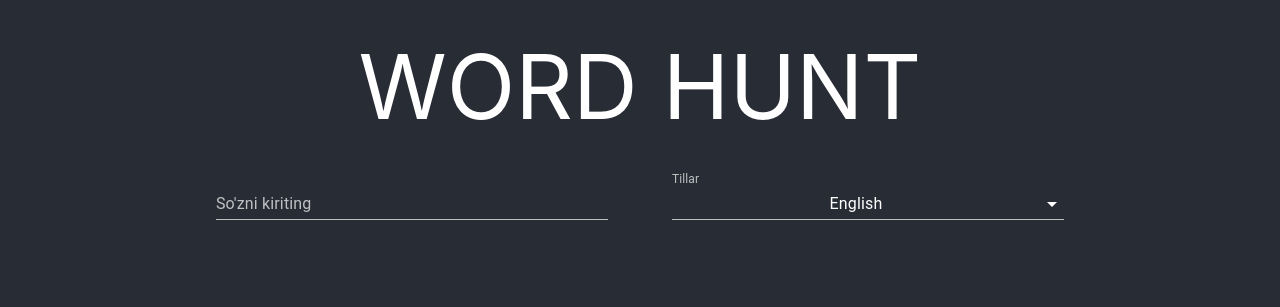
Repository: om1ars/react-translator
Page: /
The author's editor kept a copy of each file at every save. The page is drawn from the files as they stood at one save, then again after a run of saves.
The browser window is 1280 px wide. The pictures show the whole page.
The page's requests for data from a server got no answer. The project was rebuilt for these pictures with package versions that can differ from the ones it lists, and the page was loaded fresh each time. No one was signed in, and anything a server would have sent is missing. Also part of the build but not shown: src/components/Definitions.css.

Above is the page before, as saved 2021-10-07 15:23:49.

### src/App.js
import "./App.css";
import { useEffect, useState } from "react";
import axios from "axios";
import { Container } from "@material-ui/core";
import { Header } from "./components/Header/Header";
import { Definitions } from "./components/Definitions";

function App() {
  const [word, setword] = useState("");
  const [meanings, setmeanings] = useState([]);
  const [category, setcategory] = useState("en");
  const dictionaryApi = async () => {
    try {
      const data = await axios.get(
        `https://api.dictionaryapi.dev/api/v2/entries/${category}/${word}`
      );

      // console.log(data);
      setmeanings(data.data);
    } catch (error) {
      console.log(error);
    }
  };

  console.log(meanings);
  useEffect(() => {
    dictionaryApi();
  }, [word, category]);

  return (
    <div
      className="App"
      style={{ height: "100vh", backgroundColor: "#282c34", color: "white" }}
    >
      <Container
        maxWidth="md"
        style={{ display: "flex", flexDirection: "column", height: "100vh" }}
      >
        <Header
          category={category}
          setcategory={setcategory}
          word={word}
          setword={setword}
        />
        {meanings && (
          <Definitions word={word} meanings={meanings} category={category} />
        )}
      </Container>
    </div>
  );
}

export default App;

### src/components/Header/Header.js
import {
  createMuiTheme,
  MenuItem,
  MuiThemeProvider,
  TextField,
} from "@material-ui/core";
import React from "react";
import "./Header.css";
import { ThemeProvider } from "@material-ui/styles";
import categoris from "../data/Category";

export const Header = ({ category, setcategory, word, setword }) => {
  const darkTheme = createMuiTheme({
    palette: {
      primary: {
        main: "#fff",
      },
      type: "dark",
    },
  });

  const handleChange = (e) => {
    setcategory(e);
    setword("");
  };

  return (
    <div className="header">
      <span className="title">{word ? word : "Word Hunt"}</span>
      <div className="inputs">
        <ThemeProvider theme={darkTheme}>
          <TextField
            id="standard-basic"
            label="standard"
            className="search"
            id="standard-basic"
            label="So'zni kiriting"
            value={word}
            onChange={(e) => setword(e.target.value)}
          />
          <TextField
            className="select"
            select
            value={category}
            onChange={(e) => handleChange(e.target.value)}
            label="Tillar"
          >
            {categoris.map((option) => (
              <MenuItem key={option.label} value={option.label}>
                {option.value}
              </MenuItem>
            ))}
          </TextField>
        </ThemeProvider>
      </div>
    </div>
  );
};

### src/components/Definitions.js
import React from 'react'
import './Definitions.css'

export const Definitions = ({word, category, meanings}) => {
    return (
        <div>

        </div>
    )
}

### src/components/Header/Header.css
.title {
  font-size: 7vw;
  text-transform: uppercase;
  color: white;
}
.header {
  display: flex;
  align-items: center;
  justify-content: space-evenly;
  flex-direction: column;
  height: 35vh;
  width: 100%;
}
@media (max-width: 900px) {
  .header {
    height: 25vh;
  }
  .title {
      font-size: 11vw;
  }
}
.inputs {
    width: 100%;
    display: flex;
    justify-content: space-around;
}
.search {
    width: 43%;
}
.select {
    width: 43%;
}

Loaded but not shown: public/index.html (common file); src/index.js (common file); src/index.css (common file); src/reportWebVitals.js (common file); src/App.css (common file); src/components/data/Category.js (common file)

After the next 3 saves:
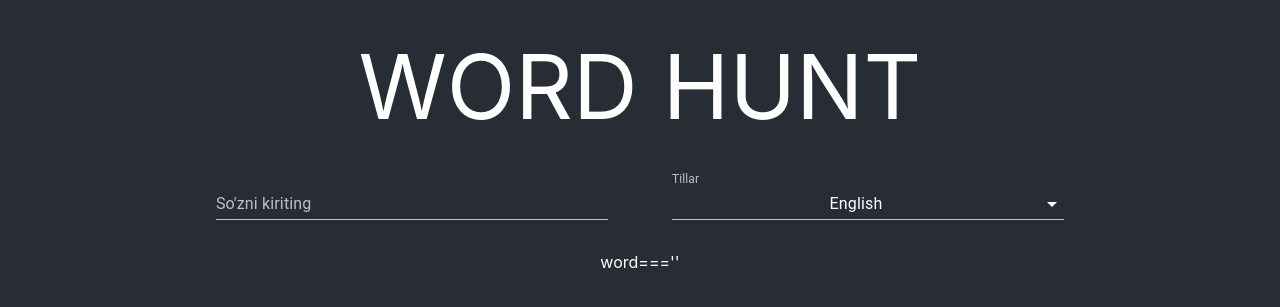
The 3 saves are shown as one change because they came seconds apart.
The last was saved 13 s later.
--- a/src/components/Definitions.js
+++ b/src/components/Definitions.js
@@ -4,7 +4,7 @@ import './Definitions.css'
 export const Definitions = ({word, category, meanings}) => {
     return (
         <div>
-
+            word===''
         </div>
     )
 }
